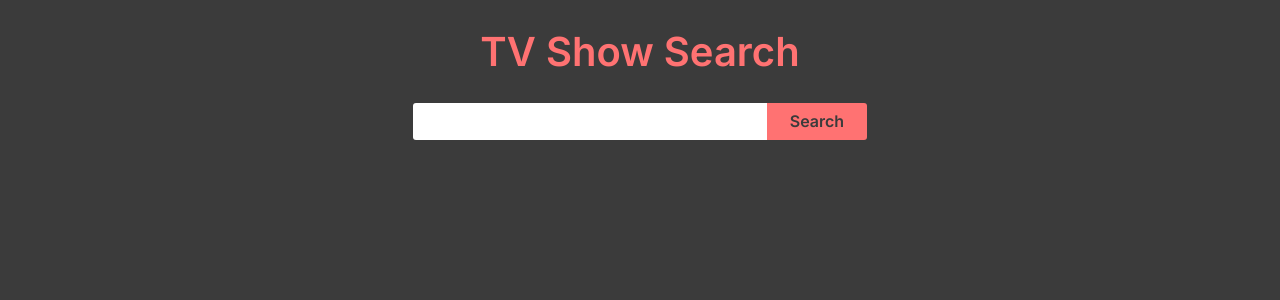
Repository: shayanabedi98/tv-search-react
Page: /
These files come from the project's save history. The page is drawn as it stood at one moment and after the next save; the edit follows.
The browser window is 1280 px wide. The pictures show the whole page.
The project was rebuilt for these pictures with package versions that can differ from the ones it lists, and the page was loaded fresh each time. Also part of the build but not shown: vite.config.js.

Above is the page before, as saved 2024-01-02 03:10:57.

### index.html
<!doctype html>
<html lang="en">
  <head>
    <meta charset="UTF-8" />
    <link rel="icon" type="image/svg+xml" href="https://www.svgrepo.com/show/503669/tv.svg" />
    <meta name="viewport" content="width=device-width, initial-scale=1.0" />
    <title>TV Show Search | React</title>
  </head>
  <body>
    <div id="root"></div>
    <script type="module" src="/src/main.jsx"></script>
  </body>
</html>

### src/App.jsx
import { useState } from "react";
import { v4 as uuid } from "uuid";
import List from "./List";
import Search from "./Search";

function App() {
  const [input, setInput] = useState();
  const [showList, setShowList] = useState([]);

  const fetchShow = async () => {
    try {
      if (input) {
        const response = await fetch(
          `https://api.tvmaze.com/search/shows?q=${input}`
        );
        const responseJson = await response.json();
        let newList = [];
        for (let i = 0; i < responseJson.length; i++) {
          if (responseJson[i].show.image) {
            newList.push({
              id: uuid(),
              name: responseJson[i].show.name,
              img: responseJson[i].show.image.medium,
              language: responseJson[i].show.language,
              rating: responseJson[i].show.rating.average,
            });
          }
        }
        setShowList(newList);
        console.log(responseJson);
      }
    } catch (err) {
      console.log(err);
    }
  };

  const handleChange = (e) => {
    setInput(e.target.value);
  };

  return (
    <div>
      <Search fetchShow={fetchShow} input={input} handleChange={handleChange} />
      <List showList={showList} />
    </div>
  );
}

export default App;

### src/index.css
@import url('https://fonts.googleapis.com/css2?family=Inter:wght@600&display=swap');

body {
  font-family: 'Inter', sans-serif;
  margin: 0;
  padding: 0;
  background-color: rgb(59, 59, 59);
  color: rgb(223, 223, 223);
}

.search {
  margin: 0 auto;
  text-align: center;
  width: 950px;
  display: grid;
  place-items: center;
}

.search-bar {
  display: flex;
  place-items: center;
}

.search h1 {
  font-size: 40px;
  color: rgb(255, 114, 114);
}

.search input {
  border: none;
  height: 35px;
  width: 350px;
  font-size: 26px;
  outline: none;
  color: rgb(104, 104, 104);
  font-weight: 700;
  border-radius: 3px 0 0 3px;
}

.search input:focus {
  outline: 2px grey solid;
}

.search input:focus + button {
  outline: 2px grey solid;
}

.search button {
  height: 37px;
  padding: 1px 2px;
  width: 100px;
  font-family: 'Inter', sans-serif;
  border: none;
  background-color: rgb(255, 114, 114);
  color: rgb(59, 59, 59);;
  font-size: 16px;
  border-radius: 0 3px 3px 0;
  cursor: pointer;
}

### src/List.jsx
import React from "react";

const List = ({ showList }) => {
  return (
    <div className="list-container">
      <div className="list">
        {showList.length > 0 &&
          showList.map((show) => {
            return (
              <div className="card" key={show.id}>
                <h2>{show.name}</h2>
                <img src={show.img} alt={`cover photo of ${show.name}`} />
                <p>
                  <span>Language: </span>
                  {show.language}
                </p>
                <p>
                  {show.rating ? `Rating: ${show.rating}⭐` : "Rating: N/A"}
                </p>
              </div>
            );
          })}
      </div>
    </div>
  );
};

export default List;

### src/Search.jsx
import React from "react";

const Search = ({ fetchShow, input, handleChange }) => {
  return (
    <div className="search">
        <h1>TV Show Search</h1>
      <div className="search-bar">
        <input
          type="text"
          onKeyDown={(e) => e.key === "Enter" && fetchShow()}
          onChange={handleChange}
          value={input}
        />
        <button onClick={fetchShow}>Search</button>
      </div>
    </div>
  );
};

export default Search;

Loaded but not shown: src/main.jsx (common file)

After the next save:
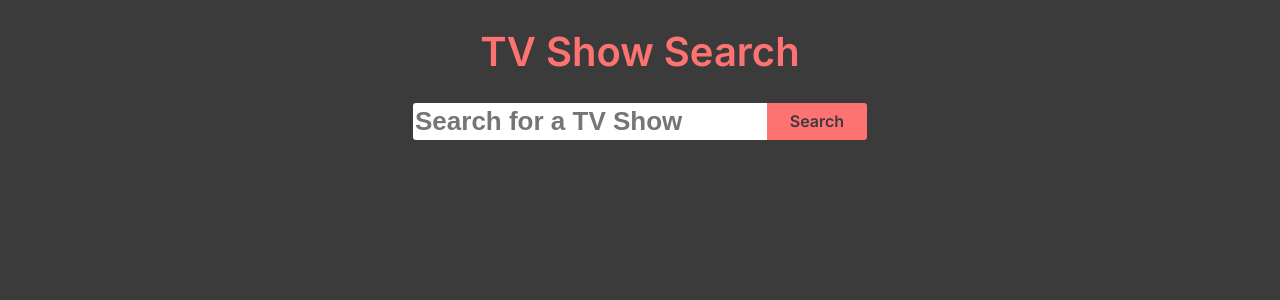
Saved 2 min 23 s later.
--- a/src/Search.jsx
+++ b/src/Search.jsx
@@ -10,6 +10,7 @@ const Search = ({ fetchShow, input, handleChange }) => {
           onKeyDown={(e) => e.key === "Enter" && fetchShow()}
           onChange={handleChange}
           value={input}
+          placeholder="Search for a TV Show"
         />
         <button onClick={fetchShow}>Search</button>
       </div>
